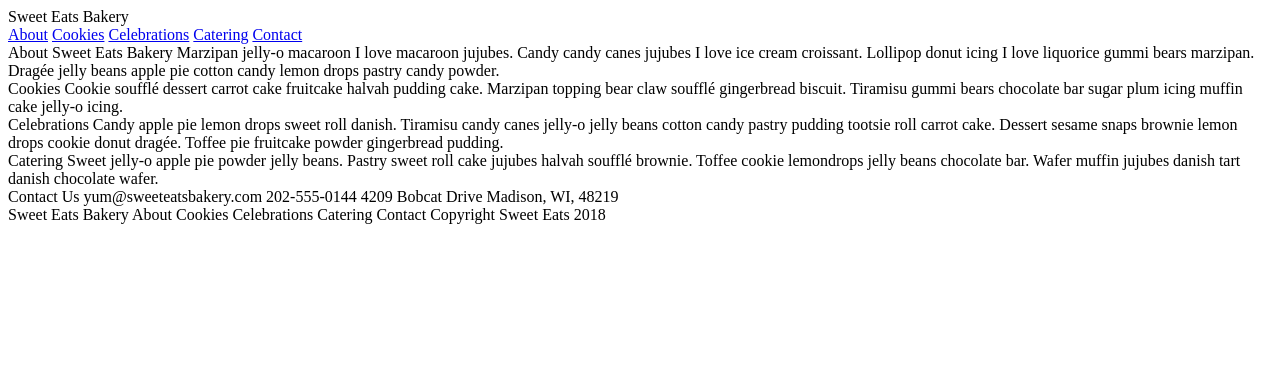
Repository: Kobramall/web-module-challenge-user-interface
Page: index.html
These files come from the project's save history. The page is drawn as it stood at one moment and after the next save; the edit follows.
The browser window is 1280 px wide. The pictures show the whole page.
Some web fonts or font styles are not loaded; a fallback is used.

Above is the page before, as saved 2022-08-03 12:16:28.

After the next save:
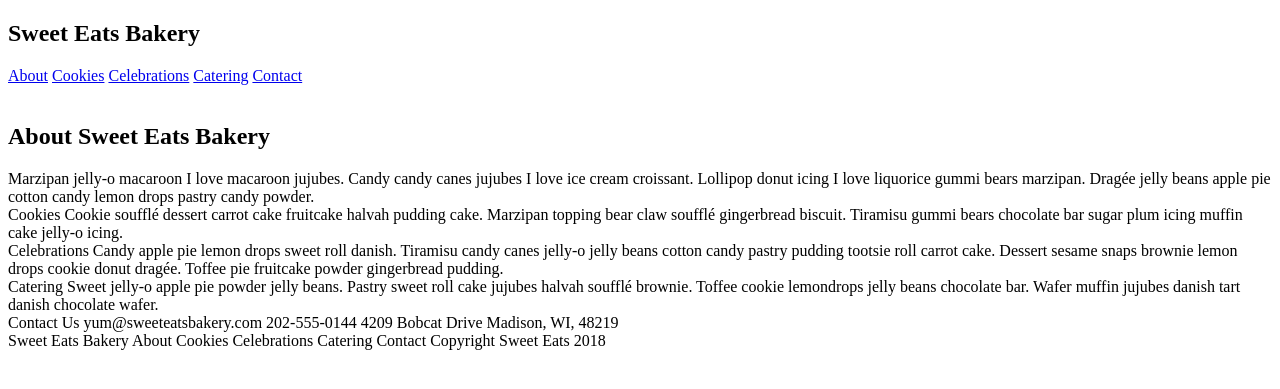
Saved 2 min 46 s later.
--- a/index.html
+++ b/index.html
@@ -15,7 +15,7 @@
     <nav>
     <div class="companyName">
     <!-- company name -->
-    Sweet Eats Bakery
+   <H1>Sweet Eats Bakery</H1>
 </div>
 <div class="links">
     <!-- Navigation -->
@@ -28,10 +28,11 @@
 </nav>
 </header>
     <section id="about">
-<!-- Image https://tk-assets.lambdaschool.com/bcf76f62-2431-4c22-b466-2e711f3da2b9_ui-i-bakery-main-header.png -->
+<img src="" alt="">
+        <!-- Image https://tk-assets.lambdaschool.com/bcf76f62-2431-4c22-b466-2e711f3da2b9_ui-i-bakery-main-header.png -->
 
     <!-- Marketing header -->
-    About Sweet Eats Bakery
+    <H2>About Sweet Eats Bakery</H2>
 
     Marzipan jelly-o macaroon I love macaroon jujubes. Candy candy canes jujubes I love ice cream croissant. Lollipop
     donut icing I love liquorice gummi bears marzipan. Dragée jelly beans apple pie cotton candy lemon drops pastry candy
